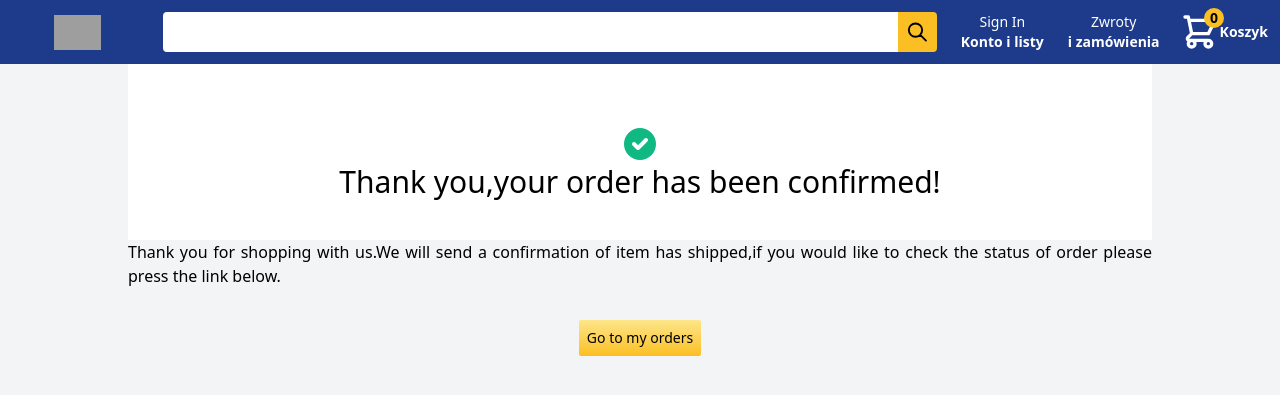
Repository: neridanek/amazon-clone-nextjs-redux-tailwind
Page: /success
An editor plug-in stored every save of this project. The page is shown before and after the next save, followed by the edit.
The browser window is 1280 px wide. The pictures show the whole page.
Pictures or frames that could not be fetched are drawn as grey boxes. The page's requests for data from a server got no answer. The project was rebuilt for these pictures with package versions that can differ from the ones it lists, and the page was loaded fresh each time. The framework's server and built-in components were replaced by stand-ins that run in the browser. No one was signed in, and anything a server would have sent is missing. Also part of the build but not shown: next.config.js.

Above is the page before, as saved 2022-02-13 21:47:51.

After the next save:
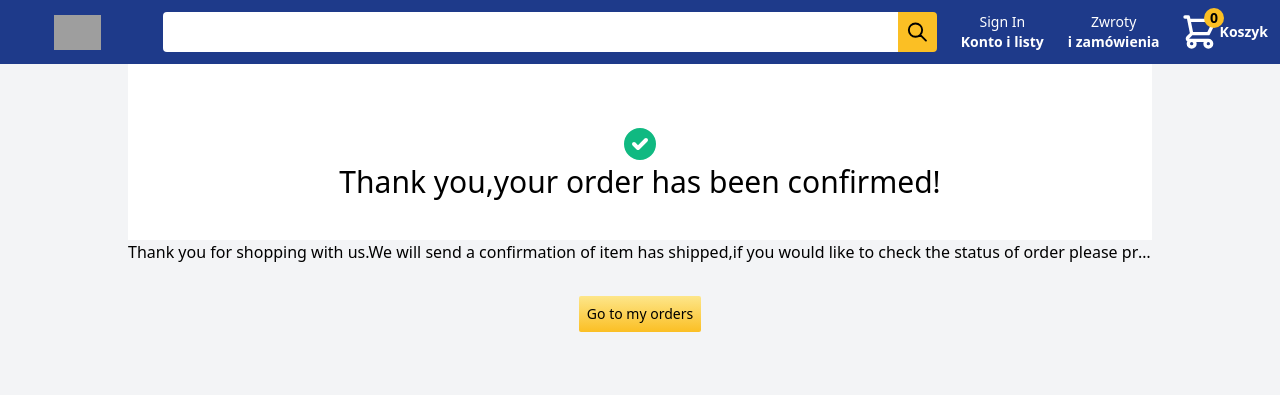
Saved 34 s later.
--- a/pages/success.js
+++ b/pages/success.js
@@ -13,7 +13,7 @@ const success = () => {
           <CheckCircleIcon className="text-green-500 h-10" />
           <h1 className="text-3xl">Thank you,your order has been confirmed!</h1>
         </div>
-        <p className="text-justify">
+        <p className="truncate">
           Thank you for shopping with us.We will send a confirmation of item has
           shipped,if you would like to check the status of order please press
           the link below.
